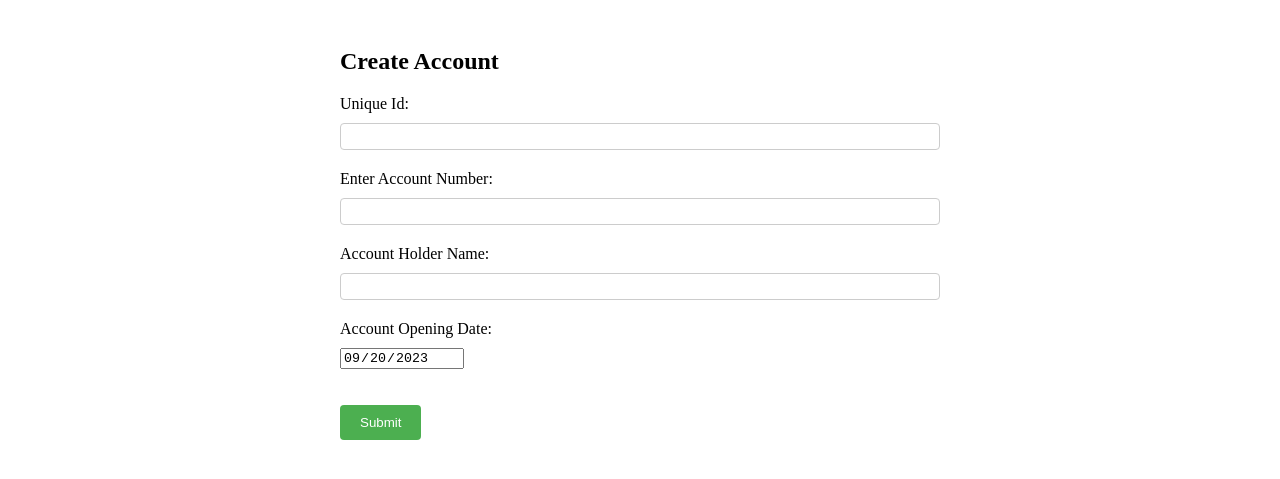
Repository: HT13M19/kuldeep
Page: GGGG/Demo2/src/main/webapp/CheckBalance.html
These files come from the project's save history. The page is drawn as it stood at one moment and after the next save; the edit follows.
The browser window is 1280 px wide. The pictures show the whole page.

Above is the page before, as saved 2023-09-23 14:46:18.

After the next save:
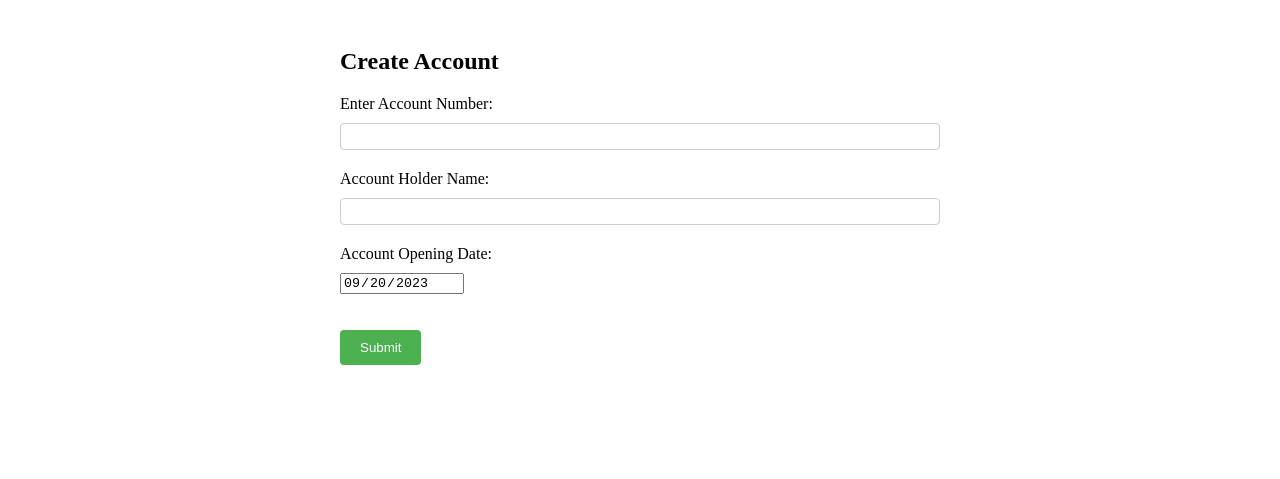
Saved 66 s later.
--- a/GGGG/Demo2/src/main/webapp/CheckBalance.html
+++ b/GGGG/Demo2/src/main/webapp/CheckBalance.html
@@ -40,11 +40,7 @@
 <body>
 	<div class="container">
 		<h2>Create Account</h2>
-		<form action="create" method="POST">
-
-			<label for="unique_id">Unique  Id:</label>
-			<input type="number" id="U_ID" name="U_ID" maxlength="20" required>
-
+		<form action="checkbal" method="POST">
 
 			<label for="account_number">Enter Account Number:</label>
 			<input type="number" id="account_number" name="account_number" maxlength="20" required>
